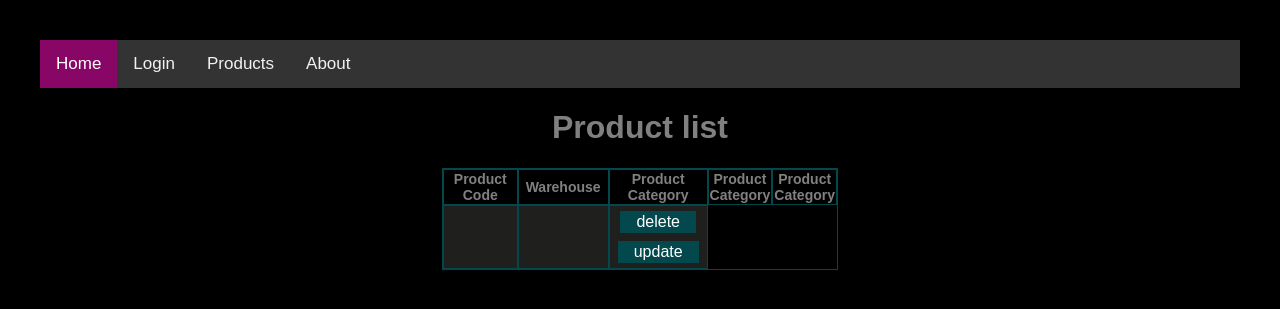
Repository: chaimakr/lab3-microservices-architecture
Page: http://localhost/
The author's editor kept a copy of each file at every save. The page is drawn from the files as they stood at one save, then again after the next save.
The browser window is 1280 px wide. The pictures show the whole page.
The page is served by the project's application, run on Flask 3 (UI/app.py).

Above is the page before, as saved 2022-05-29 15:16:46.

### UI/templates/index.html
{% extends 'base.html' %}

{% block head %}
{% endblock %}

{% block body %}
<div class="content">
    <h1>Product list</h1>
    <table>
        <tr>
            <th>Product Code</th>
            <th>Warehouse</th>
            <th>Product Category</th>
            <th>Product Category</th>
            <th>Product Category</th>
        </tr>
        <tr>
            <td></td>
            <td></td>
            <td>
                <a href="" class="button">delete</a>
                <br>
                <a href="" class="button">update</a>
            </td>
        </tr>
    </table>
</div>
{% endblock %}

### UI/templates/base.html
<!DOCTYPE html>
<html lang="en">
<head>
    <meta charset="UTF-8">
    <meta http-equiv="X-UA-Compatible" content="IE=edge">
    <meta name="viewport" content="width=device-width, initial-scale=1.0">
    <link rel="stylesheet" href="{{ url_for('static', filename='css/main.css') }}">
    {% block head %} {% endblock%}
</head>
<body>
    {% include 'shared/navbar.html' %}
    {% block body %} {% endblock%}
</body>
</html>

### UI/templates/shared/navbar.html
<div class="topnav">
    <a class="active" href="#home">Home</a>
    <a href="#news">Login</a>
    <a href="#contact">Products</a>
    <a href="#about">About</a>
  </div>

### UI/app.py
from email.policy import default
from flask import Flask, render_template , url_for
from flask_sqlalchemy import SQLAlchemy
import sqlalchemy
from datetime import datetime
app = Flask(__name__)
app.config['SQLALCHEMY_DATABASE_URI']= 'sqlite:///test.db'
db = SQLAlchemy(app)

class product(db.Model):
    Product_Code= db.Column(db.String(15), primary_key= True)
    Warehouse= db.Column(db.String(20), nullable=False)
    Product_Category= db.Column(db.String(20), nullable=False)
    Date= db.Column(db.DateTime, default= datetime.utcnow)
    Order_Demand= db.Column(db.String(200), nullable=False)

    def __repr__(self) -> str:
        return '<product %p>' % self.id

@app.route("/")
def index():
    return render_template('index.html')

if __name__ == "__main__":
    app.run(debug=True)

### UI/static/css/main.css
body, html {
    margin: 20px;
    font-family: sans-serif;
    background-color: black;
    color:gray;
    lighting-color:blue;
    outline-color:white;
    text-align:center;
}
center{
    margin-left: auto;
    margin-right: auto;

}
table, th, td{
    border: 1px solid #02484d;
    border-spacing: 0;
    width: 33%;
    font-size:14px;
    margin-left: auto;
    margin-right: auto;
    border: .5px;
    border-style: solid;
    border-color: #02484d;
}

tr:nth-child(even) {
  background-color: #1f1f1e;
}

input[type=text], select {
  width: 50;
  padding: 12px 20px;
  margin: 8px 0;
  display: inline-block;
  border: 1px solid #013438;
  border-radius: 6px;
  border-color: #013438;
  box-sizing: border-box;
  background-color:#1f1f1e;
  color:white;
  margin-right: 40px;

}

input[type=submit] {
  width: 50;
  background-color: #02484d;
  color: white;
  padding: 10px 20px;
  margin: 8px 0;
  border: none;
  border-radius: 4px;
  cursor: pointer;
}

input[type=submit]:hover {
  background-color: #03282b;
  color:gray;

}

.button {
  background-color: #02484d;
  border: none;
  color: white;
  padding: 2px 16px;
  text-align: center;
  text-decoration: none;
  display: inline-block;
  font-size: 16px;
  margin: 4px 2px;
  cursor: pointer;
}

.button:hover {
  background-color: #03282b;
  border: 4px;
  color: white;
  border-color: white;
  padding: 2px 16px;
  text-align: center;
  text-decoration: none;
  display: inline-block;
  font-size: 16px;
  margin: 4px 2px;
  cursor: pointer;
  color:gray;
}
body, html {
    margin: 20px;
    font-family: sans-serif;
    background-color: black;
    color:gray;
    lighting-color:blue;
    outline-color:white;
    text-align:center;
}
center{
    margin-left: auto;
    margin-right: auto;

}
table, th, td{
    border: 1px solid #02484d;
    border-spacing: 0;
    width: 33%;
    font-size:14px;
    margin-left: auto;
    margin-right: auto;
    border: .5px;
    border-style: solid;
    border-color: #02484d;
}

tr:nth-child(even) {
  background-color: #1f1f1e;
}

input[type=text], select {
  width: 50;
  padding: 12px 20px;
  margin: 8px 0;
  display: inline-block;
  border: 1px solid #013438;
  border-radius: 6px;
  border-color: #013438;
  box-sizing: border-box;
  background-color:#1f1f1e;
  color:white;
  margin-right: 40px;

}

input[type=submit] {
  width: 50;
  background-color: #02484d;
  color: white;
  padding: 10px 20px;
  margin: 8px 0;
  border: none;
  border-radius: 4px;
  cursor: pointer;
}

input[type=submit]:hover {
  background-color: #03282b;
  color:gray;

}

.button {
  background-color: #02484d;
  border: none;
  color: white;
  padding: 2px 16px;
  text-align: center;
  text-decoration: none;
  display: inline-block;
  font-size: 16px;
  margin: 4px 2px;
  cursor: pointer;
}

.button:hover {
  background-color: #03282b;
  border: 4px;
  color: white;
  border-color: white;
  padding: 2px 16px;
  text-align: center;
  text-decoration: none;
  display: inline-block;
  font-size: 16px;
  margin: 4px 2px;
  cursor: pointer;
  color:gray;
}
.topnav {
    background-color: #333;
    overflow: hidden;
  }

  /* Style the links inside the navigation bar */
  .topnav a {
    float: left;
    color: #f2f2f2;
    text-align: center;
    padding: 14px 16px;
    text-decoration: none;
    font-size: 17px;
  }

  /* Change the color of links on hover */
  .topnav a:hover {
    background-color: #ddd;
    color: black;
  }

  /* Add a color to the active/current link */
  .topnav a.active {
    background-color: #880666;
    color: white;
  }

After the next save:
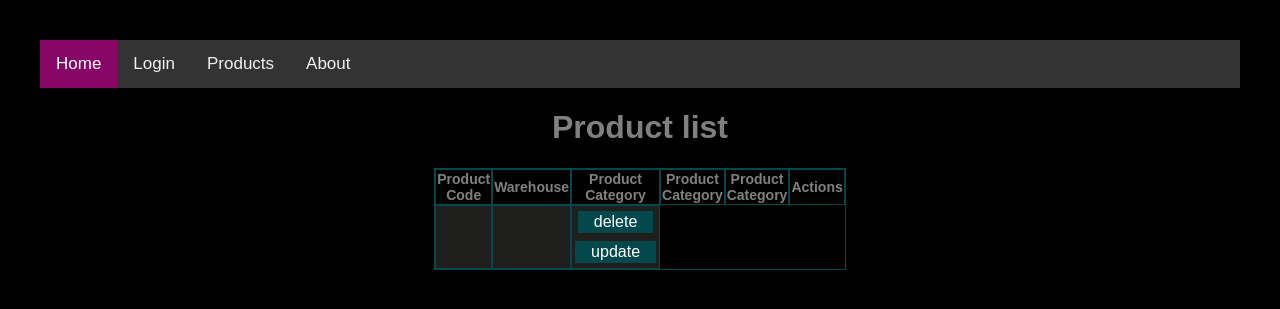
Saved 7 s later.
--- a/UI/templates/index.html
+++ b/UI/templates/index.html
@@ -13,6 +13,7 @@
             <th>Product Category</th>
             <th>Product Category</th>
             <th>Product Category</th>
+            <th>Actions</th>
         </tr>
         <tr>
             <td></td>
